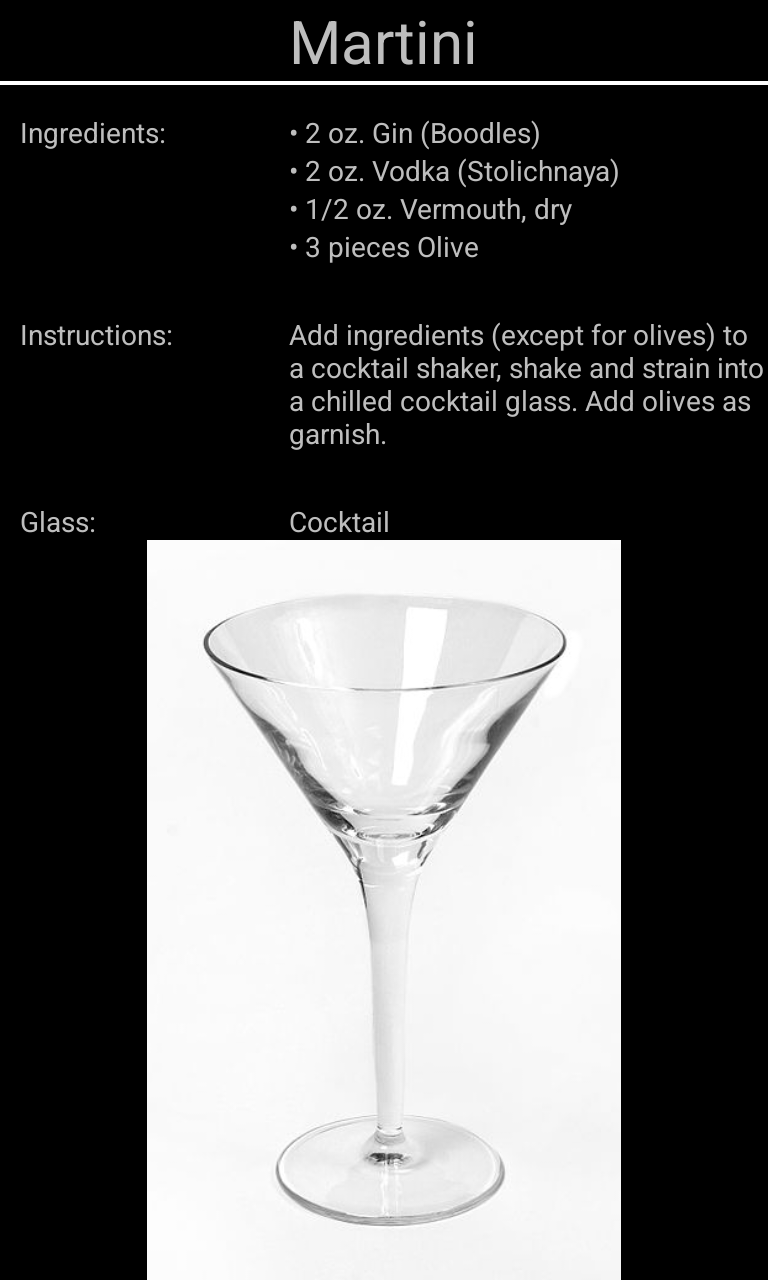
Repository: caltangelo/Drinkables
Layout: CocktailView/res/layout/main.xml
An editor plug-in stored every save of this project. The layout is shown before and after the next save, followed by the edit.
It is drawn on a 768 x 1280 px phone screen (xhdpi) without system bars, with theme android:Theme; the app's code is not run.

Above is the layout before, as saved 2011-09-22 22:05:23.

After the next save:
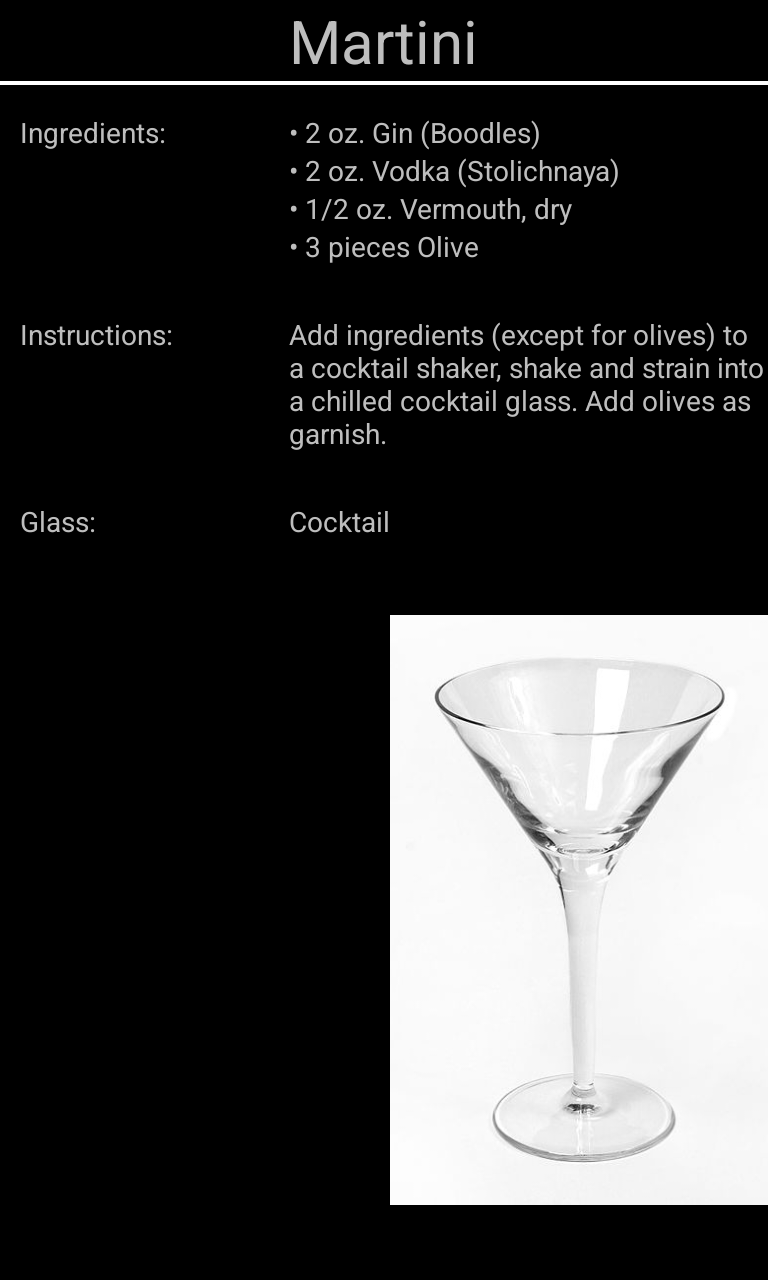
Saved 2 min 44 s later.
--- a/CocktailView/res/layout/main.xml
+++ b/CocktailView/res/layout/main.xml
@@ -61,10 +61,7 @@
 		android:layout_toRightOf="@id/glass_label" android:text="@string/drink_glass"
 		android:layout_height="wrap_content" android:layout_width="wrap_content"
 		android:layout_alignTop="@id/glass_label" android:layout_alignLeft="@+id/drinkname" />
-	<ImageView android:layout_height="wrap_content" android:id="@+id/imageView1"
-		android:src="@drawable/cocktail_glass" android:layout_width="wrap_content"
-		android:layout_below="@+id/glass_label"
-		android:layout_alignParentRight="true"/>
+	<ImageView android:layout_height="wrap_content" android:id="@+id/imageView1" android:src="@drawable/cocktail_glass" android:layout_width="wrap_content" android:layout_below="@+id/glass_type" android:layout_toRightOf="@+id/glass_type"></ImageView>
 
 
 </RelativeLayout>

After the save that followed:
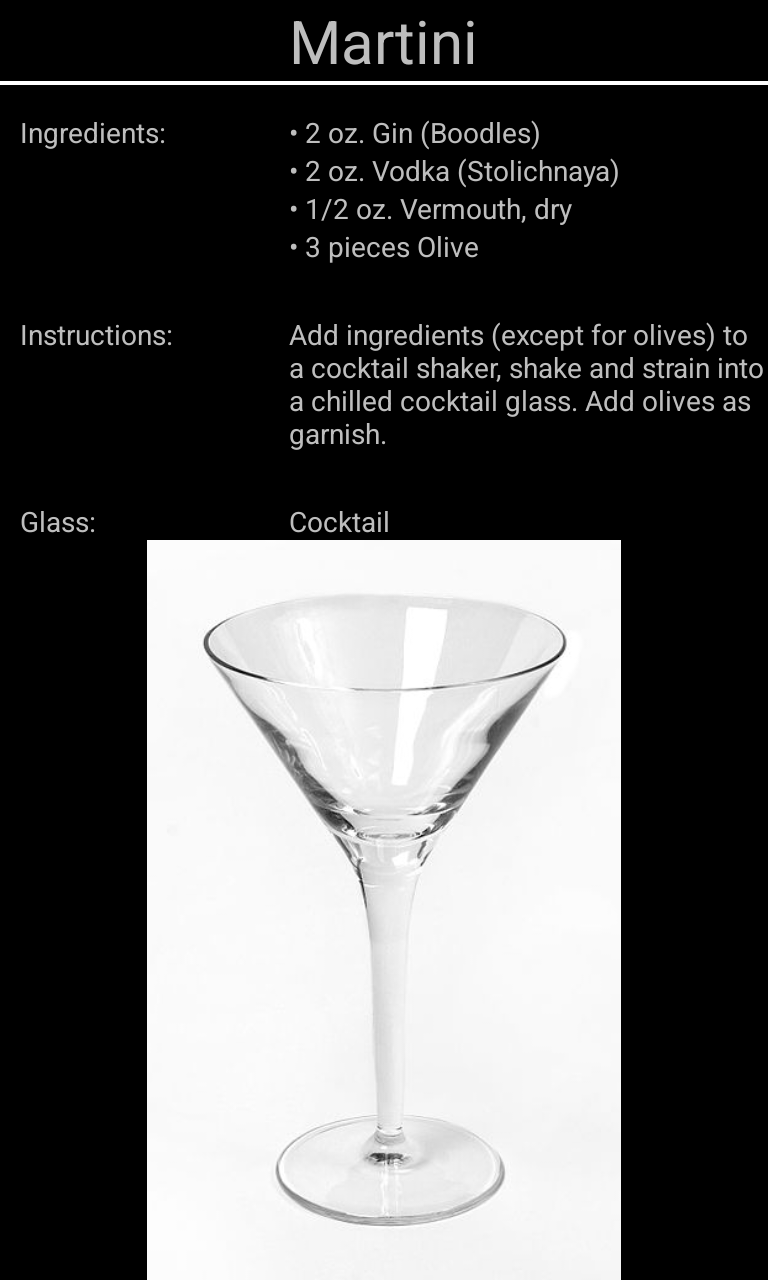
Saved 6 min 34 s later.
--- a/CocktailView/res/layout/main.xml
+++ b/CocktailView/res/layout/main.xml
@@ -61,7 +61,9 @@
 		android:layout_toRightOf="@id/glass_label" android:text="@string/drink_glass"
 		android:layout_height="wrap_content" android:layout_width="wrap_content"
 		android:layout_alignTop="@id/glass_label" android:layout_alignLeft="@+id/drinkname" />
-	<ImageView android:layout_height="wrap_content" android:id="@+id/imageView1" android:src="@drawable/cocktail_glass" android:layout_width="wrap_content" android:layout_below="@+id/glass_type" android:layout_toRightOf="@+id/glass_type"></ImageView>
+	<ImageView android:layout_height="wrap_content" android:id="@+id/imageView1"
+		android:src="@drawable/cocktail_glass" android:layout_width="wrap_content"
+		android:layout_alignParentBottom="true" android:layout_below="@id/glass_type"></ImageView>
 
 
 </RelativeLayout>
